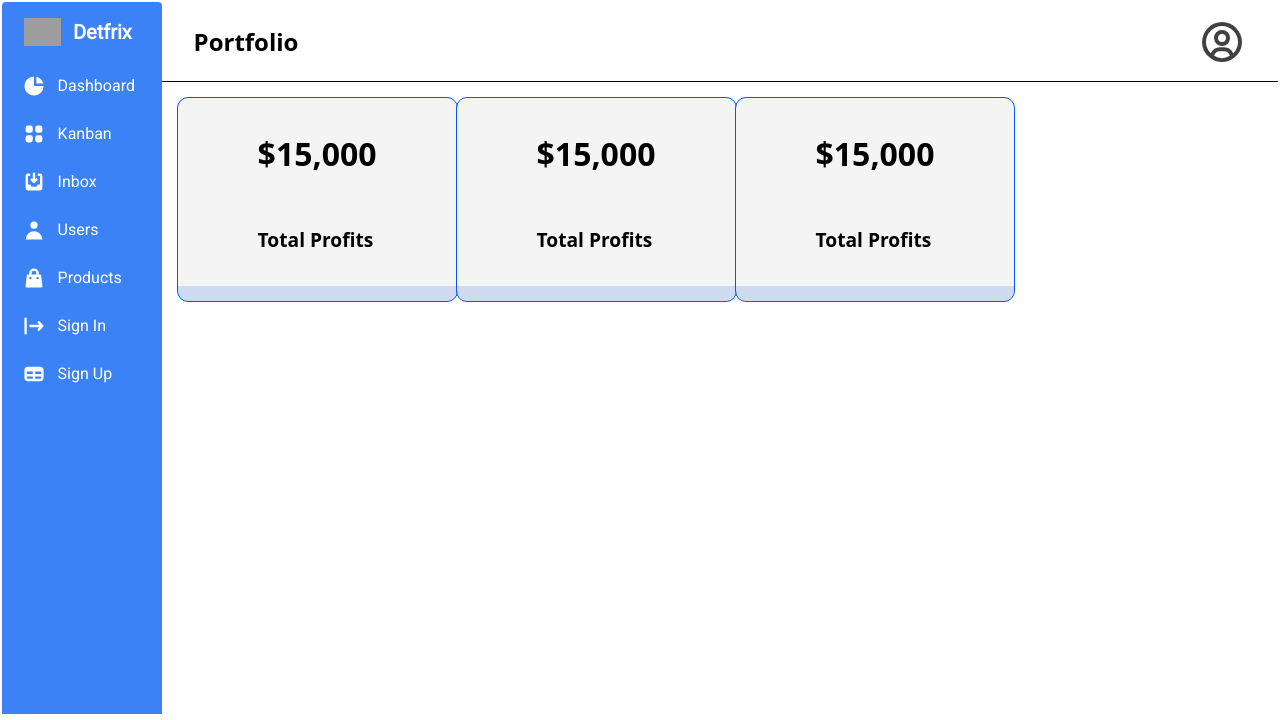
Repository: Elishaokon13/detfrix
Page: /dashboard
The author's editor kept a copy of each file at every save. The page is drawn from the files as they stood at one save, then again after the next save.
The browser window is 1280 px wide. The pictures show the whole page.
Pictures or frames that could not be fetched are drawn as grey boxes. The project was rebuilt for these pictures with package versions that can differ from the ones it lists, and the page was loaded fresh each time. Also part of the build but not shown: src/pages/SignIn.jsx, src/components/HomeHero.jsx, src/components/Navbar.jsx, src/components/Banner.jsx, src/components/Features.jsx, src/components/Footer.jsx, src/components/Plan.jsx, src/components/Testimonals.jsx and 4 more.

Above is the page before, as saved 2022-10-03 23:26:41.

### src/index.js
import React from "react";
import ReactDOM from "react-dom/client";
import "./index.css";
import "./alpha.css";
import App from "./App";

const root = ReactDOM.createRoot(document.getElementById("root"));
root.render(
   <React.StrictMode>
      <App />
   </React.StrictMode>
);

### src/index.css
@import url('https://fonts.googleapis.com/css2?family=Roboto&display=swap');

@tailwind base;
@tailwind components;
@tailwind utilities;

@layer utilities{
    @font-face {
        font-family: 'grotesk';
        src: url('/public/SpaceGrotesk.ttf');
    }
}

### src/alpha.css
:root {
  --color-primary-blue: #0057ff;
  --color-primary-blue-1: #447be7;
  --color-white: #f4f4f4;
}

.dashboard {
  display: grid;
  grid-template-columns: 10rem 1fr;
  grid-template-rows: 75px 1fr 0px;
  grid-template-areas: "sidenav body";
  height: 99vh;
  margin: 0.1rem;
  overflow: hidden;
}
@media only screen and (max-width: 41.875em) {
  .dashboard {
    grid-template-areas: "body";
    grid-template-columns: 1fr;
    height: 100vh;
    margin: 0px;
  }
}
.dashboard_sidebar {
  grid-area: sidenav;
}
@media only screen and (max-width: 41.875em) {
  .dashboard_sidebar {
    display: none;
  }
}
.dashboard_body {
  grid-area: body;
}
.dashboard_header {
  height: 5rem;
  border-bottom: 1px solid;
}
.dashboard_content {
  height: 88.5vh;
  overflow-x: auto;
}

.portfolio-header {
  height: inherit;
  padding: 2rem;
}
.portfolio-icon {
  height: 3rem;
  width: 3rem;
  fill: rgb(65, 65, 65);
}
.portfolio_box {
  padding: 2rem 5rem;
  border-radius: 10px;
  border: transparent;
  background-color: var(--color-white);
  outline: 1px solid var(--color-primary-blue);
  border-bottom: 15px solid rgba(68, 123, 231, 0.2);
}
.portfolio_box > h3 {
  font-size: 2rem;
  font-weight: 600;
  margin-bottom: 3rem;
}
.portfolio_box > p {
  text-transform: capitalize;
  font-size: 1.2rem;
  font-weight: 600;
}
.portfolio-cards {
  margin: 1rem;
}
@media only screen and (max-width: 57.5em) {
  .portfolio-cards {
    display: grid;
    grid-template-columns: repeat(auto-fit, minmax(15rem, 1fr));
  }
}

/*# sourceMappingURL=alpha.css.map */

### src/App.js
import {BrowserRouter as Router, Routes, Route} from 'react-router-dom';
import Home from './pages/Home'
import NotFound from './pages/NotFound'
import SignIn from './pages/SignIn'
import Dashboard from './pages/Dashboard';

function App() {
  return (
    <div className="App">
    <Router>
        <Routes>
          <Route path="/" element={<Home />} />
          <Route path="/signin" element={<SignIn />} />
          <Route path="/dashboard" element={<Dashboard />} />
          <Route path="*" element={<NotFound />} />
        </Routes>
    </Router>

    </div>
  );
}

export default App;

### src/pages/Dashboard.jsx
import React from "react";
import DashboardLayout from "../organism/layout/DashboardLayout";
import PortfolioBox from "../organism/sections/PortfolioBoxSection";
import Portfolio from "../portfolio/Portfolio";

export default function Dashboard() {
   return (
      <DashboardLayout>
         <PortfolioBox />
      </DashboardLayout>
   );
}

### src/organism/layout/DashboardLayout/index.js
import {DashboardLayout} from "./dashboardLayout";
export default DashboardLayout;

### src/organism/sections/PortfolioBoxSection/index.js
import {PortfolioBox} from "./portfolioBox"
export default PortfolioBox;

### src/organism/layout/DashboardLayout/dashboardLayout.jsx
import Sidebar from "../../../components/Sidebar";
import Header from "../../base/dashboardHeader";

export const DashboardLayout = ({ children }) => {
   return (
      <section className="dashboard">
         <div className="dashboard_sidebar">
            <Sidebar />
         </div>
         <div className="dashboard_body">
            <header className="dashboard_header">
               <Header />
            </header>
            <main className="dashboard_content">{children}</main>
         </div>
      </section>
   );
};

### src/organism/sections/PortfolioBoxSection/portfolioBox.jsx
import Box from "../../base/PortfolioBox";

export const PortfolioBox = () => {
   return (
      <div className="flex items-center portfolio-cards just">
         {Array(3)
            .fill()
            .map((el, i) => (
               <Box />
            ))}
      </div>
   );
};

### src/components/Sidebar.jsx
import { BsArrowLeftShort } from 'react-icons/bs';
import { useState } from 'react';

const Sidebar = () => {
   const [open, setOpen] = useState(true);

   return (

      <aside class='w-20  md:w-40' aria-label="Sidebar">
         <div class='overflow-y-auto py-4 px-3  h-screen font-[roboto] bg-blue-500 rounded dark:bg-white-800'>

            <a href="https://flowbite.com/" class="flex items-center pl-2.5 mb-5">
               <img src="https://flowbite.com/docs/images/logo.svg" class="mr-3 h-6 sm:h-7" alt="Flowbite Logo" />
               <span class="self-center text-xl hidden md:inline font-semibold whitespace-nowrap text-white">Detfrix</span>
            </a>

            <ul class="space-y-2">
               <li>
                  <a href="#" class="flex items-center p-2 text-base font-normal text-white rounded-lg dark:text-white hover:bg-white-100 dark:hover:bg-white-700">
                     <svg aria-hidden="true" class="w-6 h-6 text-white transition duration-75 text-white-400 group-hover:text-white dark:group-hover:text-white" fill="currentColor" viewBox="0 0 20 20" xmlns="http://www.w3.org/2000/svg"><path d="M2 10a8 8 0 018-8v8h8a8 8 0 11-16 0z"></path><path d="M12 2.252A8.014 8.014 0 0117.748 8H12V2.252z"></path></svg>
                     <span class="ml-3 hidden md:inline">Dashboard</span>
                  </a>
               </li>
               <li>
                  <a href="#" class="flex items-center p-2 text-base font-normal text-white rounded-lg dark:text-white hover:bg-white-100 dark:hover:bg-white-700">
                     <svg aria-hidden="true" class="flex-shrink-0 w-6 h-6 text-white transition duration-75 dark:text-white-400 group-hover:text-white dark:group-hover:text-white" fill="currentColor" viewBox="0 0 20 20" xmlns="http://www.w3.org/2000/svg"><path d="M5 3a2 2 0 00-2 2v2a2 2 0 002 2h2a2 2 0 002-2V5a2 2 0 00-2-2H5zM5 11a2 2 0 00-2 2v2a2 2 0 002 2h2a2 2 0 002-2v-2a2 2 0 00-2-2H5zM11 5a2 2 0 012-2h2a2 2 0 012 2v2a2 2 0 01-2 2h-2a2 2 0 01-2-2V5zM11 13a2 2 0 012-2h2a2 2 0 012 2v2a2 2 0 01-2 2h-2a2 2 0 01-2-2v-2z"></path></svg>
                     <span class="flex-1 ml-3 hidden md:inline whitespace-nowrap">Kanban</span>

                  </a>
               </li>
               <li>
                  <a href="#" class="flex items-center p-2 text-base font-normal text-white rounded-lg dark:text-white hover:bg-white-100 dark:hover:bg-white-700">
                     <svg aria-hidden="true" class="flex-shrink-0 w-6 h-6 text-white transition duration-75 dark:text-white-400 group-hover:text-white dark:group-hover:text-white" fill="currentColor" viewBox="0 0 20 20" xmlns="http://www.w3.org/2000/svg"><path d="M8.707 7.293a1 1 0 00-1.414 1.414l2 2a1 1 0 001.414 0l2-2a1 1 0 00-1.414-1.414L11 7.586V3a1 1 0 10-2 0v4.586l-.293-.293z"></path><path d="M3 5a2 2 0 012-2h1a1 1 0 010 2H5v7h2l1 2h4l1-2h2V5h-1a1 1 0 110-2h1a2 2 0 012 2v10a2 2 0 01-2 2H5a2 2 0 01-2-2V5z"></path></svg>
                     <span class="flex-1 ml-3 hidden md:inline whitespace-nowrap">Inbox</span>

                  </a>
               </li>
               <li>
                  <a href="#" class="flex items-center p-2 text-base font-normal text-white rounded-lg dark:text-white hover:bg-white-100 dark:hover:bg-white-700">
                     <svg aria-hidden="true" class="flex-shrink-0 w-6 h-6 text-white transition duration-75 dark:text-white-400 group-hover:text-white dark:group-hover:text-white" fill="currentColor" viewBox="0 0 20 20" xmlns="http://www.w3.org/2000/svg"><path fill-rule="evenodd" d="M10 9a3 3 0 100-6 3 3 0 000 6zm-7 9a7 7 0 1114 0H3z" clip-rule="evenodd"></path></svg>
                     <span class="flex-1 ml-3 hidden md:inline whitespace-nowrap">Users</span>
                  </a>
               </li>
               <li>
                  <a href="#" class="flex items-center p-2 text-base font-normal text-white rounded-lg dark:text-white hover:bg-white-100 dark:hover:bg-white-700">
                     <svg aria-hidden="true" class="flex-shrink-0 w-6 h-6 text-white transition duration-75 dark:text-white-400 group-hover:text-white dark:group-hover:text-white" fill="currentColor" viewBox="0 0 20 20" xmlns="http://www.w3.org/2000/svg"><path fill-rule="evenodd" d="M10 2a4 4 0 00-4 4v1H5a1 1 0 00-.994.89l-1 9A1 1 0 004 18h12a1 1 0 00.994-1.11l-1-9A1 1 0 0015 7h-1V6a4 4 0 00-4-4zm2 5V6a2 2 0 10-4 0v1h4zm-6 3a1 1 0 112 0 1 1 0 01-2 0zm7-1a1 1 0 100 2 1 1 0 000-2z" clip-rule="evenodd"></path></svg>
                     <span class="flex-1 ml-3 hidden md:inline whitespace-nowrap">Products</span>
                  </a>
               </li>
               <li>
                  <a href="#" class="flex items-center p-2 text-base font-normal text-white rounded-lg dark:text-white hover:bg-white-100 dark:hover:bg-white-700">
                     <svg aria-hidden="true" class="flex-shrink-0 w-6 h-6 text-white transition duration-75 dark:text-white-400 group-hover:text-white dark:group-hover:text-white" fill="currentColor" viewBox="0 0 20 20" xmlns="http://www.w3.org/2000/svg"><path fill-rule="evenodd" d="M3 3a1 1 0 00-1 1v12a1 1 0 102 0V4a1 1 0 00-1-1zm10.293 9.293a1 1 0 001.414 1.414l3-3a1 1 0 000-1.414l-3-3a1 1 0 10-1.414 1.414L14.586 9H7a1 1 0 100 2h7.586l-1.293 1.293z" clip-rule="evenodd"></path></svg>
                     <span class="flex-1 ml-3 hidden md:inline whitespace-nowrap">Sign In</span>
                  </a>
               </li>
               <li>
                  <a href="#" class="flex items-center p-2 text-base font-normal text-white rounded-lg dark:text-white hover:bg-white-100 dark:hover:bg-white-700">
                     <svg aria-hidden="true" class="flex-shrink-0 w-6 h-6 text-white transition duration-75 dark:text-white-400 group-hover:text-white dark:group-hover:text-white" fill="currentColor" viewBox="0 0 20 20" xmlns="http://www.w3.org/2000/svg"><path fill-rule="evenodd" d="M5 4a3 3 0 00-3 3v6a3 3 0 003 3h10a3 3 0 003-3V7a3 3 0 00-3-3H5zm-1 9v-1h5v2H5a1 1 0 01-1-1zm7 1h4a1 1 0 001-1v-1h-5v2zm0-4h5V8h-5v2zM9 8H4v2h5V8z" clip-rule="evenodd"></path></svg>
                     <span class="flex-1 ml-3 hidden md:inline whitespace-nowrap">Sign Up</span>
                  </a>
               </li>
            </ul>
         </div>
      </aside>
   )
}

export default Sidebar

### src/organism/base/dashboardHeader/index.js
import { Header } from "./header";
export default Header;

### src/organism/base/PortfolioBox/index.js
import { Box } from "./Box";
export default Box;

### src/organism/base/dashboardHeader/header.jsx
import { BiUserCircle } from "react-icons/bi";
export const Header = () => {
   return (
      <div className="flex items-center justify-between portfolio-header">
         <h2 className="text-2xl font-semibold capitalize">Portfolio</h2>
         <span>
            <BiUserCircle className="portfolio-icon" />
         </span>
      </div>
   );
};

### src/organism/base/PortfolioBox/Box.jsx
import React from "react";

export const Box = ({ amount = "15,000", name = "total profits" }) => {
   return (
      <div className="portfolio_box flex flex-col justify-around">
         <h3>${amount}</h3>
         <p>{name}</p>
      </div>
   );
};

### tailwind.config.js
/** @type {import('tailwindcss').Config} */
module.exports = {
  content: [
    "./src/**/*.{js,jsx,ts,tsx}",
  ],
  theme: {
    fontFamily:{
      'roboto': ['roboto', 'sans-serif'],
      'syne': ['syne', 'sans-serif']
    },
    extend: {},
  },
  plugins: [],
}

Loaded but not shown: public/index.html (common file)

After the next save:
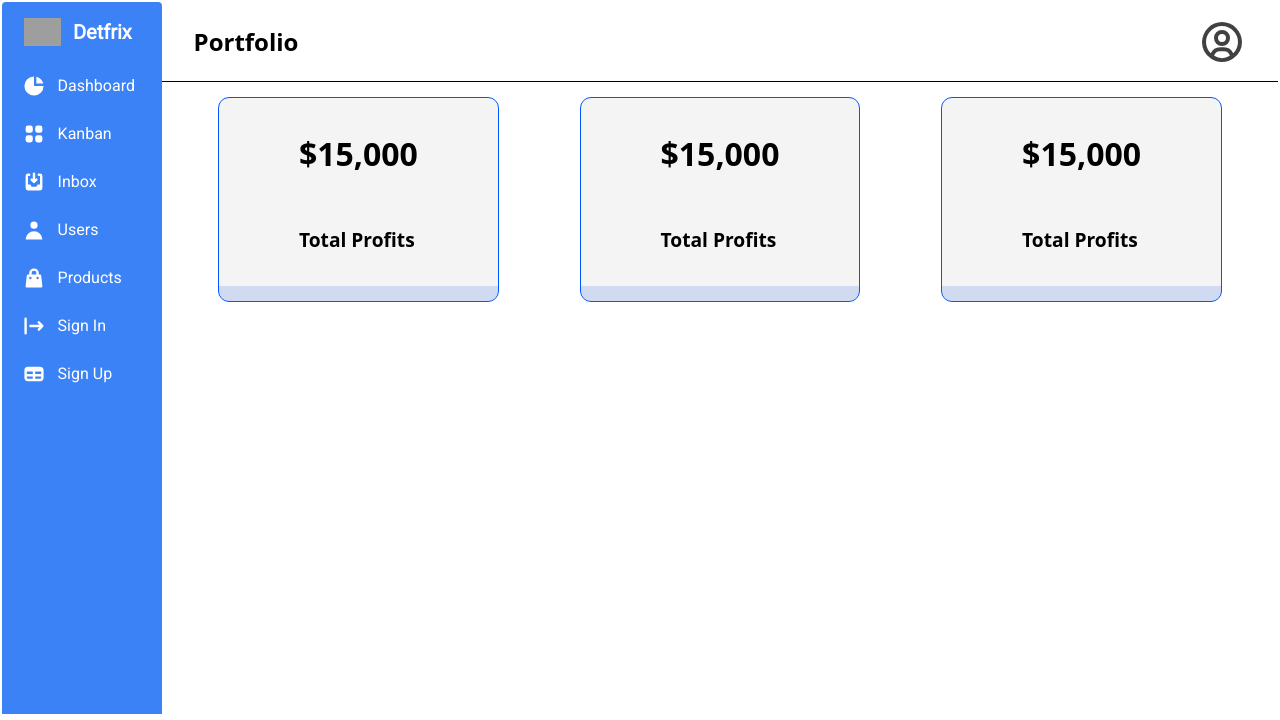
Saved 10 s later.
--- a/src/organism/sections/PortfolioBoxSection/portfolioBox.jsx
+++ b/src/organism/sections/PortfolioBoxSection/portfolioBox.jsx
@@ -2,7 +2,7 @@ import Box from "../../base/PortfolioBox";
 
 export const PortfolioBox = () => {
    return (
-      <div className="flex items-center portfolio-cards just">
+      <div className="flex items-center portfolio-cards justify-around">
          {Array(3)
             .fill()
             .map((el, i) => (
